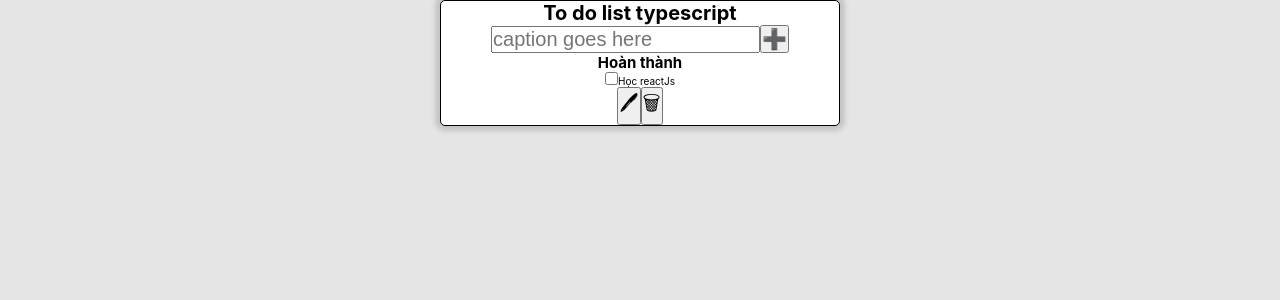
Repository: Nhatktvn/TodoListReactTs
Page: /
The author's editor kept a copy of each file at every save. The page is drawn from the files as they stood at one save, then again after the next save.
The browser window is 1280 px wide. The pictures show the whole page.
The project was rebuilt for these pictures with package versions that can differ from the ones it lists, and the page was loaded fresh each time. Also part of the build but not shown: src/components/TaskList/tasklist.module.scss.

Above is the page before, as saved 2023-11-08 08:41:06.

### src/index.css
* {
  margin: 0;
  padding: 0;
  box-sizing: border-box;
}

html {
  font-size: 10px;
  --font-size: 2rem;
}

body {
  margin: 0;
  font-family: -apple-system, BlinkMacSystemFont, 'Segoe UI', 'Roboto', 'Oxygen', 'Ubuntu', 'Cantarell', 'Fira Sans',
    'Droid Sans', 'Helvetica Neue', sans-serif;
  -webkit-font-smoothing: antialiased;
  -moz-osx-font-smoothing: grayscale;
  background-color: #e5e5e5;
}

input,
button {
  font-size: var(--font-size);
}
code {
  font-family: source-code-pro, Menlo, Monaco, Consolas, 'Courier New', monospace;
}

### src/App.tsx
import React from 'react'
import './App.css'
import TodoList from './components/TodoList/TodoList'

function App() {
  return (
    <div className='App'>
      <TodoList />
    </div>
  )
}

export default App

### src/components/TodoList/TodoList.tsx
import React from 'react'
import styles from './todoList.module.scss'
import TaskInput from '../TaskInput/TaskInput'
import TaskList from '../TaskList/TaskList'
export default function TodoList() {
  return (
    <div className={styles.todoList}>
      <div className={styles.todoListContainer}>
        <TaskInput />
        <TaskList />
      </div>
    </div>
  )
}

### src/components/TodoList/todoList.module.scss
.todoListContainer {
  background-color: #fff;
  max-width: 40rem;
  border-radius: 5px;
  margin: 0 auto;
  border: 1px solid #000;
  box-shadow: 0px 0px 5px 5px #c4c4c4;
}

### src/components/TaskInput/TaskInput.tsx
import React from 'react'
import styles from './taskInput.module.scss'
export default function TaskInput() {
  return (
    <div>
      <h1>To do list typescript</h1>
      <form>
        <input type='text' placeholder='caption goes here' />
        <button type='submit'>➕</button>
      </form>
    </div>
  )
}

### src/components/TaskList/TaskList.tsx
import React from 'react'
import styles from './tasklist.module.scss'
export default function TaskList() {
  return (
    <div>
      <h2 className={styles.title}>Hoàn thành</h2>
      <div className={styles.tasks}>
        <div className={styles.task}>
          <input type='checkbox' />
          <span>Học reactJs</span>
          <div className={styles.taskAction}>
            <button className={styles.btn}>🖊</button>
            <button className={styles.btn}>🗑</button>
          </div>
        </div>
      </div>
    </div>
  )
}

Loaded but not shown: public/index.html (common file); src/index.tsx (common file); src/reportWebVitals.ts (common file); src/App.css (common file)

After the next save:
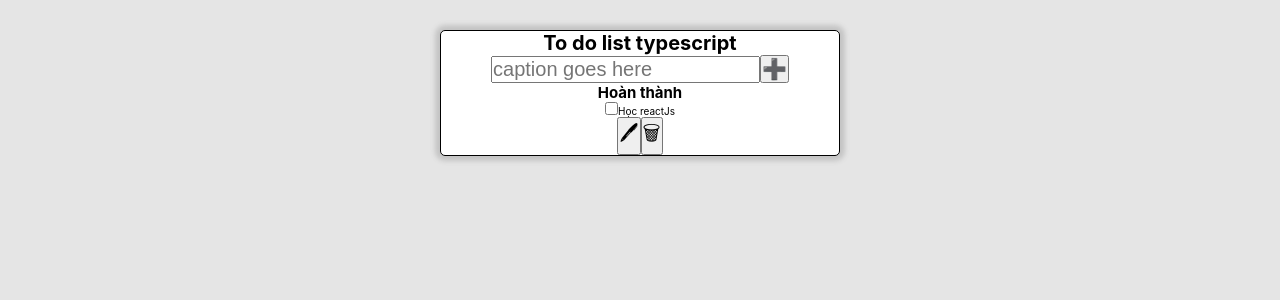
Saved 56 s later.
--- a/src/components/TodoList/todoList.module.scss
+++ b/src/components/TodoList/todoList.module.scss
@@ -1,3 +1,6 @@
+.todoList {
+  padding: 3rem;
+}
 .todoListContainer {
   background-color: #fff;
   max-width: 40rem;
